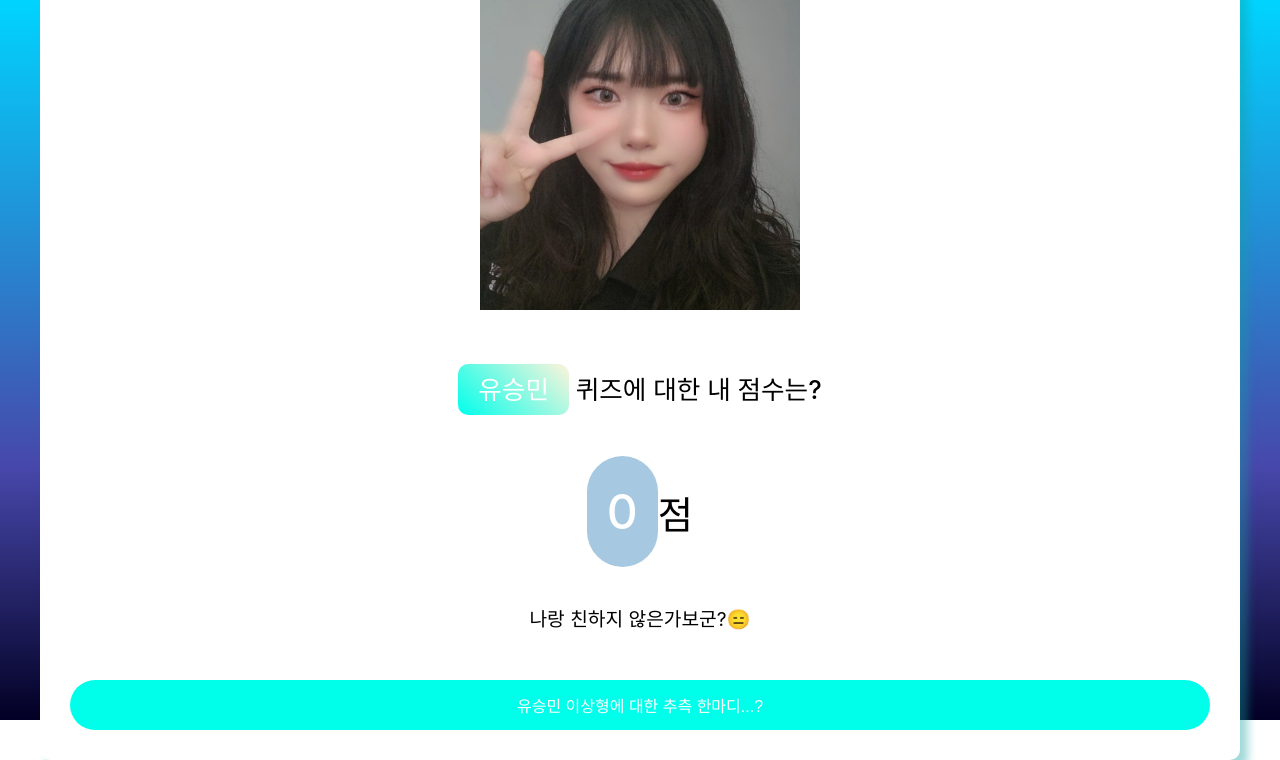
Repository: dnjfht/quiz3
Page: /score
An editor plug-in stored every save of this project. The page is shown before and after the next save, followed by the edit.
The browser window is 1280 px wide. The pictures show the whole page.
The project was rebuilt for these pictures with package versions that can differ from the ones it lists, and the page was loaded fresh each time. Also part of the build but not shown: src/components/Start.js, src/components/Progress.js, src/components/Quiz.js, src/components/Message.js, src/components/Ranking.js, src/components/NotPage.js.

Above is the page before, as saved 2023-04-15 23:43:55.

### src/index.js
import React from "react";
import ReactDOM from "react-dom/client";
import "./index.css";
import App from "./App";
import reportWebVitals from "./reportWebVitals";
import { BrowserRouter } from "react-router-dom";
import { Provider } from "react-redux";
import store from "./redux/config/configStore";

const root = ReactDOM.createRoot(document.getElementById("root"));
root.render(
  <Provider store={store}>
    <BrowserRouter>
      <App />
    </BrowserRouter>
  </Provider>
);

// If you want to start measuring performance in your app, pass a function
// to log results (for example: reportWebVitals(console.log))
// or send to an analytics endpoint. Learn more: https://bit.ly/CRA-vitals
reportWebVitals();

### src/index.css
body {
  margin: 0;
  font-family: -apple-system, BlinkMacSystemFont, "Segoe UI", "Roboto", "Oxygen",
    "Ubuntu", "Cantarell", "Fira Sans", "Droid Sans", "Helvetica Neue",
    sans-serif;
  -webkit-font-smoothing: antialiased;
  -moz-osx-font-smoothing: grayscale;
}

code {
  font-family: source-code-pro, Menlo, Monaco, Consolas, "Courier New",
    monospace;
}

@font-face {
  font-family: "ddalgifont";
  src: url("./fonts/고령딸기체+TTF.ttf");
}

@font-face {
  font-family: "chabfont";
  src: url("./fonts/chab.ttf");
}

@font-face {
  font-family: "ddagfont";
  src: url("./fonts/ddag.ttf");
}

### src/App.js
import styled from "styled-components";
import Router from "./shared/Router";

const Wrap = styled.div`
  width: 100%;
  height: 100vh;
  background: rgb(2, 0, 36);
  background: linear-gradient(
    0deg,
    rgba(2, 0, 36, 1) 0%,
    rgba(71, 71, 170, 1) 35%,
    rgba(0, 212, 255, 1) 100%
  );

  position: relative;
`;

const ContentWrap = styled.div`
  width: 1200px;
  height: 800px;
  padding: 30px;
  box-sizing: border-box;
  background-color: white;
  border-radius: 10px;
  box-shadow: 8px 8px 8px rgba(21, 159, 161, 0.4);

  position: absolute;
  top: 50%;
  margin-top: -400px;
  left: 50%;
  margin-left: -600px;
`;

function App() {
  return (
    <Wrap>
      <ContentWrap>
        <Router />
      </ContentWrap>
    </Wrap>
  );
}

export default App;

### src/redux/config/configStore.js
import { combineReducers, createStore, applyMiddleware } from "redux";
import thunk from "redux-thunk";
import quiz from "../modules/quiz";
import rank from "../modules/rank";

const middlewares = [thunk];
// 미들웨어들도 하나로 묶어줘야 힘.

const rootReducer = combineReducers({
  quiz: quiz,
  rank: rank,
});

const enhancer = applyMiddleware(...middlewares);
// reducer 말고 옵셔널하게 추가하는 애들의 모음.
// 여기 미들웨어를 적용해 넣을 거임.

const store = createStore(rootReducer, enhancer);
export default store;

### src/shared/Router.js
import React from "react";
import { Routes, Route } from "react-router-dom";
import Start from "../components/Start";
import Quiz from "../components/Quiz";
import Score from "../components/Score";
import Message from "../components/Message";
import Ranking from "../components/Ranking";
import NotPage from "../components/NotPage";

export default function Router() {
  return (
    <>
      <Routes>
        <Route path="/" element={<Start />} />
        <Route path="/quiz" element={<Quiz />} />
        <Route path="/score" element={<Score />} />
        <Route path="/message" element={<Message />} />
        <Route path="/ranking" element={<Ranking />} />
        <Route path="*" element={<NotPage />} />
      </Routes>
    </>
  );
}

### src/redux/modules/quiz.js
// action value
const ADDUSERANSWER = "add_user_answer";
const RESETUSERANSWER = "reset_user_answer";

// action creator

export const AddUserAnswer = (payload) => {
  return {
    type: ADDUSERANSWER,
    payload: payload,
  };
};

export const ResetUserAnswer = (payload) => {
  return {
    type: RESETUSERANSWER,
    payload: payload,
  };
};

// initialState
const initialState = {
  name: "유승민",
  quiz_list: [
    {
      image: "assets/1.png",
      quiz: "승민의 mbti는 intj다?",
      answer: false,
    },
    {
      image: "assets/2.png",
      quiz: "승민은 공감을 잘해주는 사람을 좋아한다?",
      answer: true,
    },
    {
      image: "assets/3.png",
      quiz: "승민은 사람들이랑 대화하고 알아가는 것을 즐긴다?",
      answer: true,
    },
    {
      image: "assets/4.png",
      quiz: "승민은 자기개발하는걸 좋아한다?",
      answer: true,
    },
    {
      image: "assets/5.png",
      quiz: "승민의 관심있을 때 하는 행동은 선톡을 하는 것이다?",
      answer: true,
    },
    {
      image: "assets/6.png",
      quiz: "승민은 불같은 연애보다 서로 믿고 의지할 수 있는 연애를 선호한다?",
      answer: true,
    },
    {
      image: "assets/7.png",
      quiz: "승민은 계획을 세우고 차근차근 계획에 옮기는걸 선호한다?",
      answer: true,
    },
    {
      image: "assets/8.png",
      quiz: "승민은 놀이기구 타는 것을 좋아한다?",
      answer: false,
    },
    {
      image: "assets/9.png",
      quiz: "승민은 고1 때부터 흡연을 했다?",
      answer: false,
    },
    {
      image: "assets/10.png",
      quiz: "승민은 소개팅을 나간 적이 있다?",
      answer: false,
    },
    {
      image: "assets/11.png",
      quiz: "승민은 소개팅과 같은 인위적인 만남을 좋아한다?",
      answer: false,
    },
    {
      image: "assets/12.png",
      quiz: "승민은 연인과 갈등이 있을 때 대화로 푸는 것을 선호한다?",
      answer: true,
    },
    {
      image: "assets/13.png",
      quiz: "승민은 연애할 때 항상 상대방의 기분이 우선이다?",
      answer: true,
    },
    {
      image: "assets/14.png",
      quiz: "승민은 좋아하는 사람에게 선물주는 것을 좋아한다?",
      answer: true,
    },
    {
      image: "assets/15.png",
      quiz: "승민은 감수성이 풍부해서 슬픈 영화나 만화를 보고 잘 운다?",
      answer: true,
    },
    {
      image: "assets/16.png",
      quiz: "승민은 본래 무뚝뚝한 성격이다?",
      answer: true,
    },
    {
      image: "assets/17.png",
      quiz: "승민의 노래방 18번곡은 나비무덤이다?",
      answer: false,
    },
    {
      image: "assets/18.png",
      quiz: "승민은 핫플을 돌아다니면서 맛집 탐방을 하고 사진 찍는 데이트를 선호한다?",
      answer: true,
    },
    {
      image: "assets/19.png",
      quiz: "승민은 연애할 때 꽃이나 편지 받는걸 좋아한다?",
      answer: true,
    },
    {
      image: "assets/20.png",
      quiz: "승민은 번호를 따인 적이 있다?",
      answer: false,
    },
  ],
  user_answer: [],
  result_text: {
    40: "나랑 친하지 않은가보군?😑",
    60: "나랑 좀 더 친해져야겠다🙃",
    80: "내적 친밀감 80퍼센트!😎",
    100: "뭐야, 넌 내 소울메이트...!?💖",
  },
};

// reducer

const quiz = (state = initialState, action) => {
  switch (action.type) {
    case ADDUSERANSWER: {
      const newUserAnswer = [...state.user_answer, action.payload];
      return { ...state, user_answer: newUserAnswer };
    }
    case RESETUSERANSWER: {
      return { ...state, user_answer: [] };
    }
    default:
      return state;
  }
};

export default quiz;

### src/redux/modules/rank.js
import { db } from "../../firebase";
import {
  collection,
  getDocs,
  addDoc,
  doc,
  updateDoc,
  deleteDoc,
  getDoc,
} from "firebase/firestore";

// action value
const ADDUSERNAME = "add_user_name";
const GETRANK = "get_rank";
const ADDRANK = "add_rank";

// action creator
export const GetRank = (payload) => {
  return {
    type: GETRANK,
    payload: payload,
  };
};

export const AddUserName = (payload) => {
  return {
    type: ADDUSERNAME,
    payload: payload,
  };
};

export const AddRank = (payload) => {
  return {
    type: ADDRANK,
    payload: payload,
  };
};

export const loadQuizFB = () => {
  return async function (dispatch) {
    const quiz_data = await getDocs(collection(db, "quiz"));
    console.log(quiz_data);

    let quiz_list = [];

    quiz_data.forEach((doc) => {
      console.log(doc.data());
      quiz_list.push({ id: doc.id, ...doc.data() });
    });

    console.log(quiz_list);

    dispatch(GetRank(quiz_list));
  };
};

export const addQuizFB = (payload) => {
  return async function (dispatch) {
    const docRef = await addDoc(collection(db, "quiz"), payload);
    // const _quiz = await getDoc(docRef);
    // const quiz = { id: _quiz.id, ..._quiz.data() };
    // dispatch(AddRank(quiz));

    // 추가한 데이터 중 id를 가져와서 bucket_data 만들기.
    // const bucket_data = { id: docRef.id, ...payload };
    // // 마지막으로 액션 일으키기 (수정해달라고 요청)
    // dispatch(createWidget(bucket_data));
  };
};

// initialState
const initialState = {
  user_name: "",
  rank: [
    // { score: 100, name: "방가방가", comment: "다들 잘생겼다" },
    // { score: 40, name: "이하늘", comment: "너무 어려운데..." },
    // { score: 60, name: "오하요~!", comment: "잘 생긴 사람이 곧 이상형" },
  ],
};

// reducer
const rank = (state = initialState, action) => {
  switch (action.type) {
    case GETRANK: {
      console.log(action.payload);
      return { ...state, rank: action.payload };
    }
    case ADDUSERNAME: {
      return { ...state, user_name: action.payload };
    }
    case ADDRANK: {
      const new_rank_data = [...state.rank, action.payload];
      return { ...state, rank: new_rank_data };
    }
    default:
      return state;
  }
};
export default rank;

### src/components/Score.js
import React from "react";
import { useSelector } from "react-redux";
import { useNavigate } from "react-router-dom";
import styled from "styled-components";

const Wrap = styled.div`
  width: 100%;
  height: 100%;

  display: flex;
  flex-direction: column;
  align-items: center;
  justify-content: space-between;
`;

const ImgWrap = styled.img`
  width: 320px;
  height: 320px;
`;

const Title = styled.h1`
  margin-top: 40px;

  font-size: 1.6rem;
  font-weight: 500;

  & > span {
    padding: 10px 20px;
    background: rgb(0, 255, 235);
    background: linear-gradient(
      45deg,
      rgba(0, 255, 235, 1) 0%,
      rgba(255, 244, 219, 1) 100%
    );
    border-radius: 10px;

    color: white;
  }
`;

const ScoreNumber = styled.h1`
  margin-top: 40px;

  font-size: 2.4rem;
  font-weight: 500;

  & > span {
    padding: 26px 20px;
    background: #a6c9e1;
    border-radius: 100px;

    color: white;
    font-size: 3rem;
  }
`;

const ResultText = styled.p`
  font-size: 1.2rem;
`;

const GoCommentButton = styled.button`
  width: 100%;
  height: 50px;
  margin-top: 10px;
  background: #00ffeb;
  border: none;
  border-radius: 30px;

  color: white;
  font-size: 1rem;

  transition: all 0.5s;

  &:hover {
    background: #fff4db;

    color: #666;

    cursor: pointer;
  }
`;

export default function Score() {
  const navigate = useNavigate();

  const quiz_list = useSelector((state) => state.quiz.quiz_list);
  const user_answer = useSelector((state) => state.quiz.user_answer);
  const name = useSelector((state) => state.quiz.name);
  const result_texts = useSelector((state) => state.quiz.result_text);
  console.log(result_texts);

  const random_number = Math.floor(Math.random() * 10) + 10;

  const collect_answer = user_answer.filter((answer, idx) => {
    return answer === quiz_list[idx].answer;
  }).length;

  const _score = (100 / quiz_list.length) * collect_answer;
  console.log(_score);

  const score = Math.floor(_score);

  let result_text = "";

  // [40, 60, 80 , 100]
  Object.keys(result_texts).map((r, idx) => {
    if (idx === 0) {
      result_text = result_texts[r];
    }
    result_text = parseInt(r) <= score ? result_texts[r] : result_text;
  });

  return (
    <Wrap>
      <ImgWrap
        src={process.env.PUBLIC_URL + `${quiz_list[random_number].image}`}
      />

      <Title>
        <span>{name}</span> 퀴즈에 대한 내 점수는?
      </Title>

      <ScoreNumber>
        <span>{score}</span>점
      </ScoreNumber>

      <ResultText>{result_text}</ResultText>

      <GoCommentButton
        onClick={() => {
          navigate("/message");
        }}
      >
        {name} 이상형에 대한 추측 한마디...?
      </GoCommentButton>
    </Wrap>
  );
}

### src/firebase.js
// Import the functions you need from the SDKs you need
import { initializeApp } from "firebase/app";
import { getFirestore } from "firebase/firestore";
// TODO: Add SDKs for Firebase products that you want to use
// https://firebase.google.com/docs/web/setup#available-libraries

// Your web app's Firebase configuration
// For Firebase JS SDK v7.20.0 and later, measurementId is optional
const firebaseConfig = {
  apiKey: "AIzaSyAQCzx3TeRMhfQ14uI1xPuxKIeyOukr2zs",
  authDomain: "seungmin-s-quiz2.firebaseapp.com",
  projectId: "seungmin-s-quiz2",
  storageBucket: "seungmin-s-quiz2.appspot.com",
  messagingSenderId: "764474150624",
  appId: "1:764474150624:web:e3932df48db64f86c44a85",
  measurementId: "G-NK0EYYQQFF",
};

// Initialize Firebase
const app = initializeApp(firebaseConfig);
export const db = getFirestore(app);

Loaded but not shown: public/index.html (common file); src/reportWebVitals.js (common file)

After the next save:
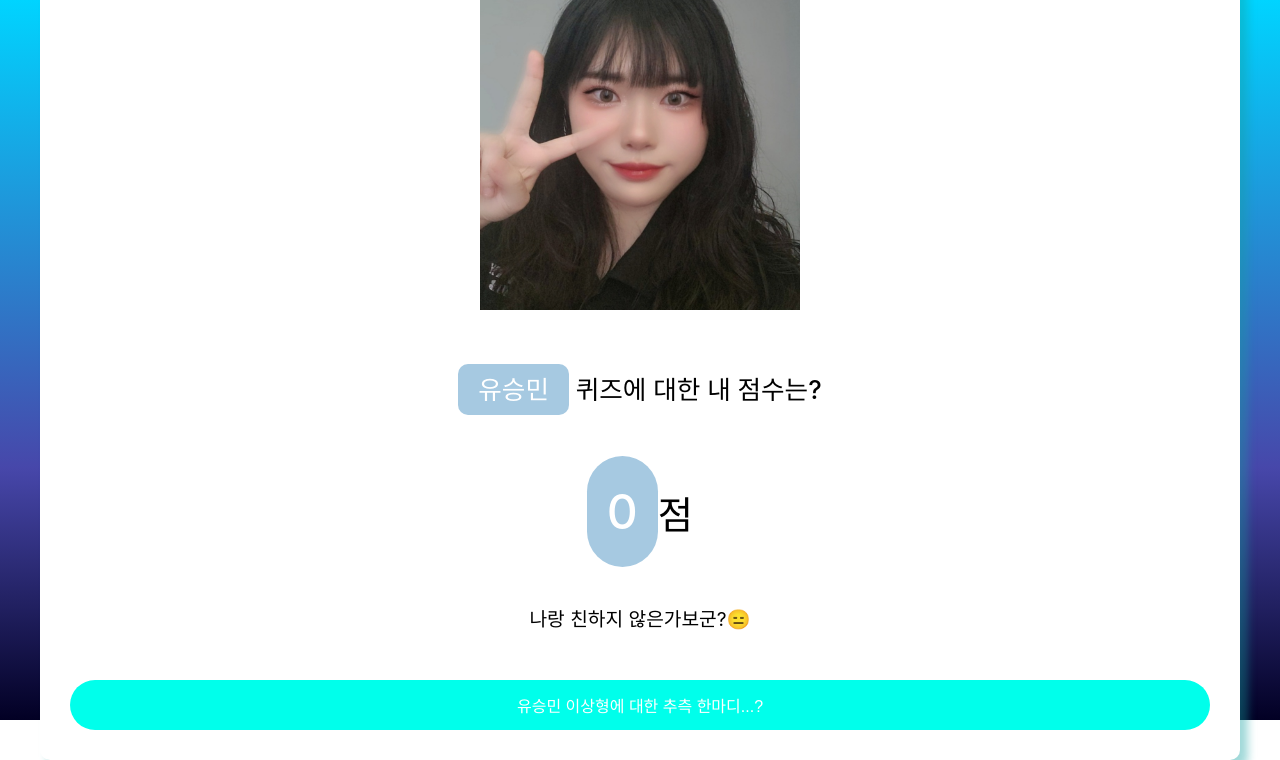
Saved 8 s later.
--- a/src/components/Score.js
+++ b/src/components/Score.js
@@ -26,12 +26,7 @@ const Title = styled.h1`
 
   & > span {
     padding: 10px 20px;
-    background: rgb(0, 255, 235);
-    background: linear-gradient(
-      45deg,
-      rgba(0, 255, 235, 1) 0%,
-      rgba(255, 244, 219, 1) 100%
-    );
+    background: #a6c9e1;
     border-radius: 10px;
 
     color: white;
